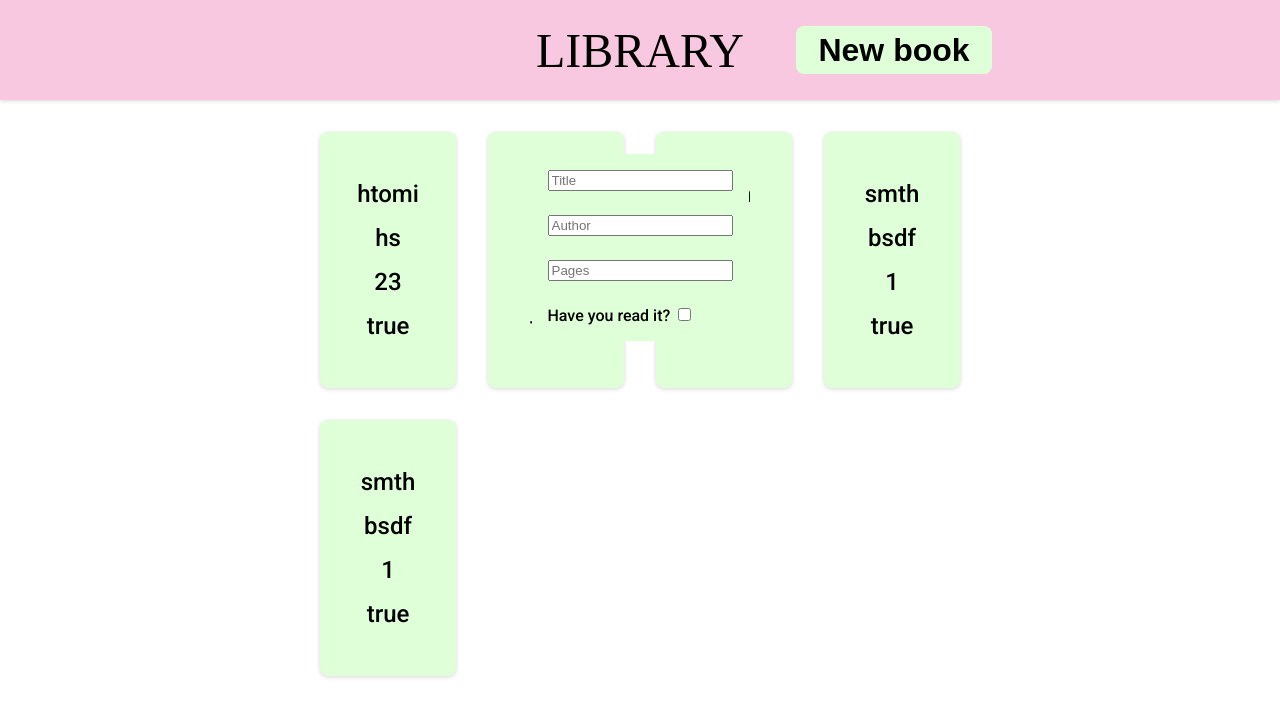
Repository: yeetzpxoci/library
Page: index.html
These files come from the project's save history. The page is drawn as it stood at one moment and after the next save; the edit follows.
The browser window is 1280 px wide. The pictures show the whole page.
Some web fonts or font styles are not loaded; a fallback is used.

Above is the page before, as saved 2023-02-21 16:03:37.

### index.html
<!DOCTYPE html>
<html lang="en">
<head>
    <meta charset="UTF-8">
    <meta http-equiv="X-UA-Compatible" content="IE=edge">
    <meta name="viewport" content="width=device-width, initial-scale=1.0">
    <title>Library</title>
    <link rel="stylesheet" href="styles.css">
    <link rel="preconnect" href="https://fonts.googleapis.com">
    <link rel="preconnect" href="https://fonts.gstatic.com" crossorigin>
    <link href="https://fonts.googleapis.com/css2?family=Roboto:wght@500&display=swap" rel="stylesheet">
    <link href="https://fonts.googleapis.com/css2?family=Gloock&display=swap" rel="stylesheet">
</head>
<body>
    <div class="header">
        <p></p>
        <p>LIBRARY</p>
        <button onclick="openForm()" id="newBook">New book</button>
    </div>

    <form id="input-form">
            <input type="text" name="title" id="title" placeholder="Title">
            <input type="text" name="author" id="author" placeholder="Author">
            <input type="number" name="pages" id="pages" placeholder="Pages">
            <div>
                <label for="read">Have you read it?</label>
                <input type="checkbox" name="read" id="read">
            </div>
    </form>

    <div id="cards">

    </div>
<script src="script.js"></script>
</body>
</html>

### styles.css
html, body {
    margin: 0;
    padding: 0;
}

body {
    display: flex;
    flex-direction: column;
    align-items: center;
    min-height: 100vh;
    background-color: white;
    font-family: 'Roboto', sans-serif;
}

.header {
    display: flex;
    align-items: center;
    justify-content: center;
    width: 100%;
    height: 100px;
    background-color: #F7C8E0;
    box-shadow: rgba(0, 0, 0, 0.16) 0px 1px 4px;
}

.header p {
    font-family: 'Gloock', serif;
    font-size: 48px;
}

#newBook {
    position: absolute;
    right: 288px;
    font-size: 32px;
    font-weight: bold;
    background-color: #DFFFD8;
    height: 48px;
    width:196px;
    border-radius: 8px;
    border-width: 0px;
}

#cards {
    display: grid;
    width: 50%;
    grid-template-columns: 1fr 1fr 1fr 1fr;
    gap: 32px;
    margin-top: 32px;
}

.card {
    width: 100%;
    height: 256px;
    background-color: #DFFFD8;
    font-size: 24px;
    border-radius: 8px;
    border-width: 0px;
    align-self: center;
    justify-self: center;
    box-shadow: rgba(0, 0, 0, 0.16) 0px 1px 4px;
    display: flex;
    flex-direction: column;
    align-items: center;
    justify-content: center;
    gap: 16px;
}

.card p {
    margin: 0px;
}


#input-form {
    position: absolute;
    margin-top: 12%;
    display: flex;
    flex-direction: column;
    gap: 24px;
    background-color: #DFFFD8;
    padding: 16px;
}

### script.js
const title = document.getElementById("title").value
const author = document.getElementById("author").value
const pages = document.getElementById("pages").value
const read = document.getElementById("read").checked
const cards = document.getElementById("cards")

let myLibrary = [];

function Book(title, author, pages, read) {
    this.title = title;
    this.author = author;
    this.pages = pages;
    this.read = read;
    this.info = function () {
        return title + " by " + author + ", " + String(pages) + " pages, not read yet"
    }
}

function addBookToLibrary() {
    let book = new Book(title, author, pages, read);
    myLibrary.push(book);
    console.log(myLibrary.length)
}

function addBookInfo(div, book) {
    const newTitle = document.createElement("p");
    newTitle.innerHTML = book.title;
    const newAuthor = document.createElement("p");
    newAuthor.innerHTML = book.author;
    const newPages = document.createElement("p");
    newPages.innerHTML = book.pages;
    const newRead = document.createElement("p");
    newRead.innerHTML = book.read;
    div.appendChild(newTitle);
    div.appendChild(newAuthor);
    div.appendChild(newPages);
    div.appendChild(newRead);
}

function displayBooks() {
    for (let i = 0; i < myLibrary.length; i++) {
        const newDiv = document.createElement("div");
        newDiv.setAttribute("class", "card");
        addBookInfo(newDiv, myLibrary[i]);
        cards.appendChild(newDiv);
    }
}

function openForm() {
    document.getElementById("input-form").style.display = "flex"
    document.getElementById("input-form").style.boxShadow = "0px 0px 1px 5000px rgba(0, 0, 0, 0.8)"
}

document.addEventListener('mouseup', function (e) {
    var container = document.getElementById('input-form');
    if (!container.contains(e.target)) {
        container.style.display = 'none';
    }
});

let book1 = new Book("htomi" , "hs", 23, true);
let book2 = new Book("yeet", "asd", 65, false);
let book3 = new Book("smth", "bsdf", 1, true);
let book4 = new Book("smth", "bsdf", 1, true);
let book5 = new Book("smth", "bsdf", 1, true);
myLibrary.push(book1, book2, book3, book4, book5);
displayBooks();

After the next save:
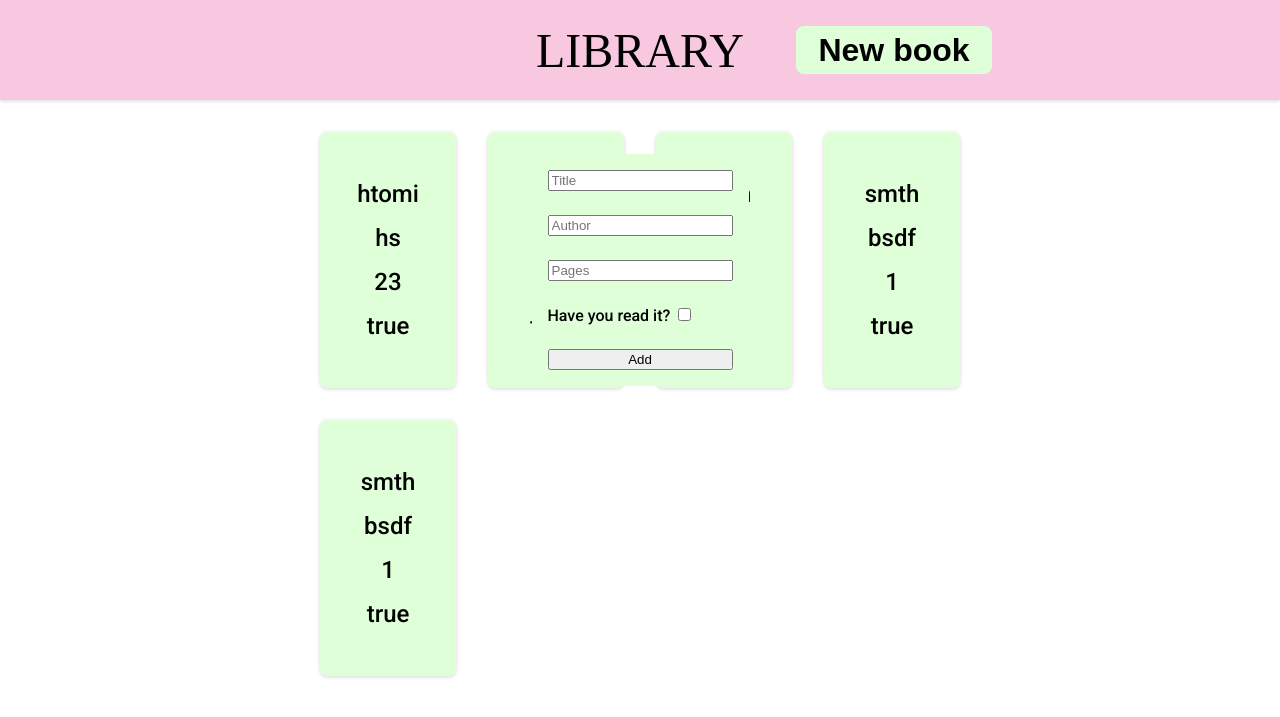
Saved 2 min 13 s later.
--- a/index.html
+++ b/index.html
@@ -26,6 +26,7 @@
                 <label for="read">Have you read it?</label>
                 <input type="checkbox" name="read" id="read">
             </div>
+            <button type="submit">Add</button>
     </form>
 
     <div id="cards">
